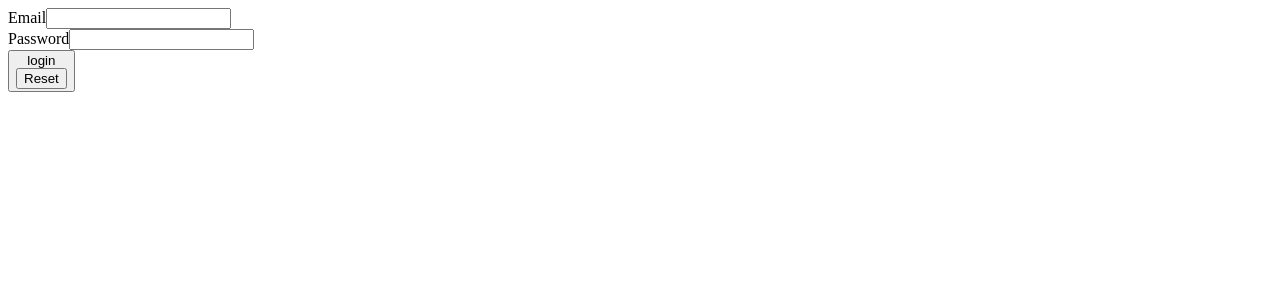
Repository: laxmichauhan/Student-Data-Insertion
Page: Application1/WebContent/login.html
An editor plug-in stored every save of this project. The page is shown before and after the next save, followed by the edit.
The browser window is 1280 px wide. The pictures show the whole page.

Above is the page before, as saved 2019-02-19 06:10:52.

After the next save:
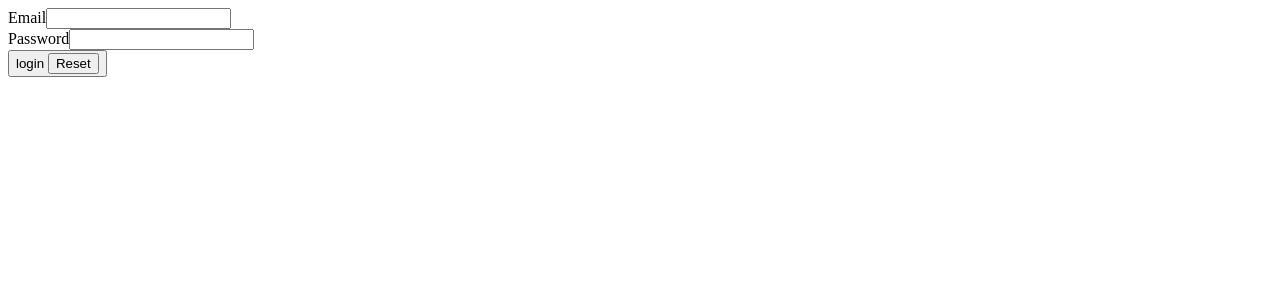
Saved 9 s later.
--- a/Application1/WebContent/login.html
+++ b/Application1/WebContent/login.html
@@ -9,7 +9,7 @@
 Email<input type="text" name="email"/><br>
 Password<input type="password" name="password"/><br>
 <button type="Login" value="login"/>login
-<br><input type="Reset" name="reset"/>
+<input type="Reset" name="reset"/>
 
 
 </form>
